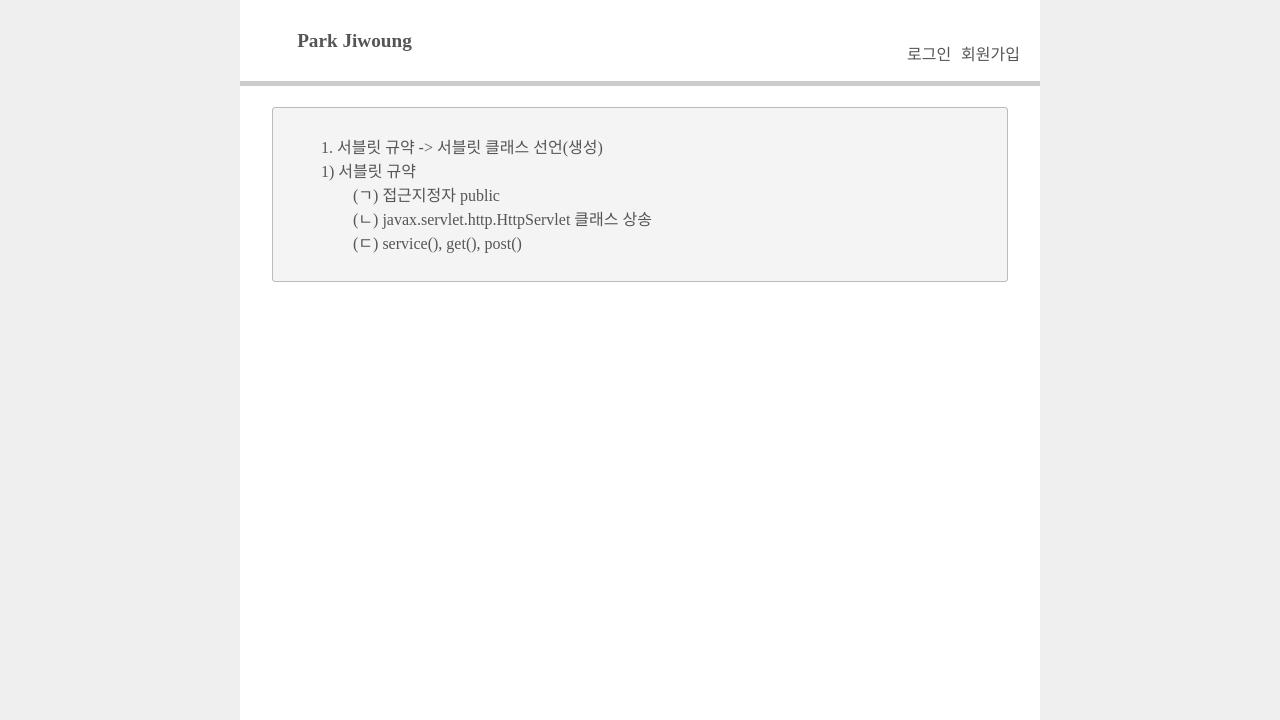
Repository: park-jiwoong/webClass
Page: http://localhost/jspPro/days02/ex03.jsp
The author's editor kept a copy of each file at every save. The page is drawn from the files as they stood at one save, then again after the next save.
The browser window is 1280 px wide. The pictures show the whole page.
Some web fonts or font styles are not loaded; a fallback is used. The page is served by Tomcat 9.

Above is the page before, as saved 2025-05-22 06:27:04.

After the next save:
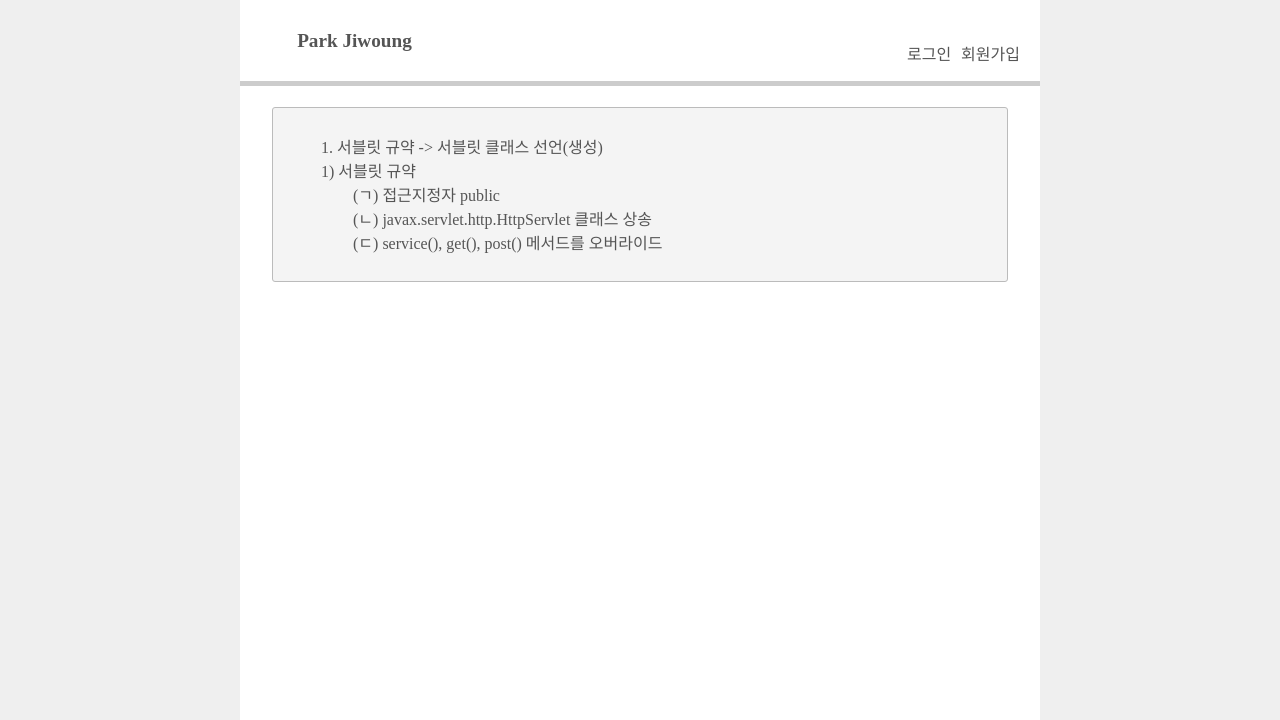
Saved 5 s later.
--- a/webPro/src/main/webapp/JSPClass/jspPro/src/main/webapp/days02/ex03.jsp
+++ b/webPro/src/main/webapp/JSPClass/jspPro/src/main/webapp/days02/ex03.jsp
@@ -29,7 +29,7 @@
     	1) 서블릿 규약
     		(ㄱ) 접근지정자 public
     		(ㄴ) javax.servlet.http.HttpServlet 클래스 상송
-    		(ㄷ) service(), get(), post()
+    		(ㄷ) service(), get(), post() 메서드를 오버라이드
     </xmp>
 </div>
 </body>
